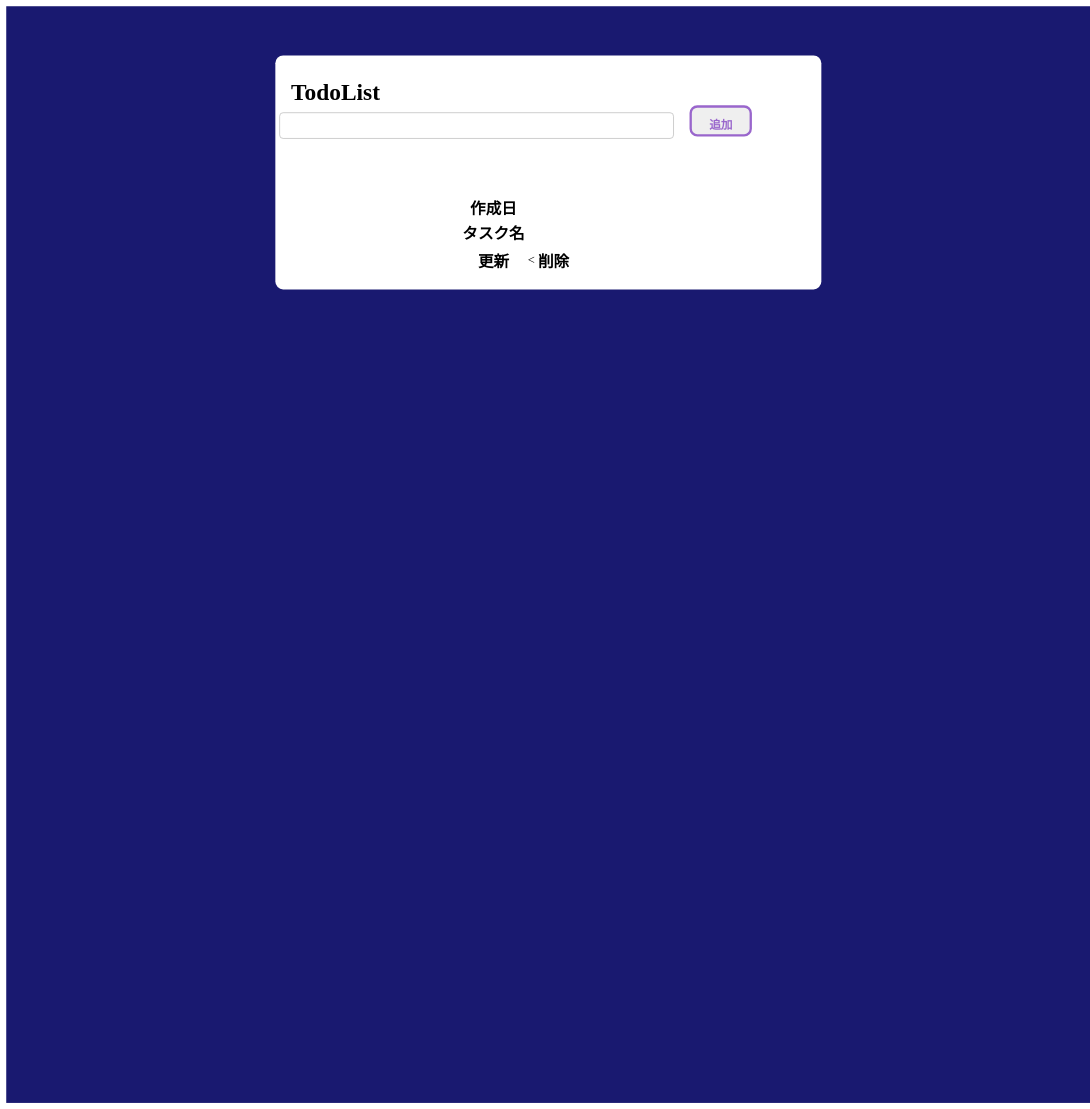
Repository: moro-ayu3/20230304_morohoshi
Page: http://localhost/
An editor plug-in stored every save of this project. The page is shown before and after the next save, followed by the edit.
The browser window is 1280 px wide. The page is 1398 px wide, so the pictures cover 1398 px, including what lies to the right of the window. The pictures show the whole page, at 78% of full size.
The page is served by the project's Laravel application, run on PHP 8.4 with Laravel 8. Other server files are loaded and not shown. Queries for data that is not in the repository find no rows.

Above is the page before, as saved 2023-03-11 12:30:59.

### routes/web.php
<?php

use Illuminate\Support\Facades\Route;
use App\Http\Controllers\TodoController;

Route::get('/', [TodoController::class, 'index']);

Route::post('/todo/create', [TodoController::class, 'store']);

Route::post('/todo/update', [TodoController::class, 'update']);

Route::post('/todo/delete', [TodoController::class, 'delete']);

### app/Http/Controllers/TodoController.php
<?php
  namespace App\Http\Controllers;
  use Illuminate\Http\Request;
  use App\Models\Todo;
  use App\Http\Requests\TodoRequest;
  class TodoController extends Controller
  {
    public function index()
     {
        $todos= Todo::all();
        return view('index',['todos'=>$todos]);
  }

    public function store(TodoRequest $request)
     {
        $todo = new Todo;
        $todo->name =$request->input('new_todo');
        $form=$request->all();
        Todo::create($form);
        unset($form['_token']);
        return redirect('/');
    }

    public function update(TodoRequest $request)
     {
       $form = $request->all();
       unset($form['_token']);
       Todo::where('id', $request->id)->update($form);
       return redirect('/');
    }

    public function delete(Request $request)
     {
       Todo::find($request->id)->delete();
       return redirect('/');
    }

  }

### app/Models/Todo.php
<?php

namespace App\Models;

use Illuminate\Database\Eloquent\Factories\HasFactory;
use Illuminate\Database\Eloquent\Model;

class Todo extends Model
{
    use HasFactory;

    protected $fillable = ['content'];
}

### resources/views/index.blade.php
<!DOCTYPE html>
<html lang="ja">

<head>
  <meta charset="UTF-8">
  <meta name="viewport" content="width=device-width, initial-scale=1.0">
  <title>実践アプリ開発入門</title>
  <style>
    .homepage {
      width: 100%;
      height: 100vw;
      padding: 5% 5%;
      background-color: #191970;
    }

    .container {
      display: flex;
      justify-content: center;
      align-items: center;
    }

    .inner {
      width: 700px;
      height: auto;
      border-radius: 10px 10px 10px 10px;
      background-color: #fff;
      margin: 0 auto;
    }

    .header-title {
      font-size: 30px;
      font-weight: bold;
      color: black;
      margin-top: 30px;
      margin-left: 20px;
    }

    .form {
      display: inline-block;
      margin: -20px -15px;
    }

    .text {
      width: 500px;
      height: 30px;
      border: solid 1px #c0c0c0;
      margin-left: 20px;
      border-radius: 5px 5px 5px 5px;
      display: inline-block;
    }

    .create-btn {
      width: 80px;
      height: 40px;
      margin-left: 20px;
      margin-right: 20px;
      border-radius: 10px 10px 10px 10px;
      border: solid 3px #9966CC;
      display: inline-block;
      font-size: 15px;
      font-weight: bold;
      color: #9966CC;
      padding:10px 20px 10px 20px;
    }

    table {
      display: flex;
      justify-content: center;
      align-items: center;
      margin-top: 30px;
      margin-bottom: 40px;
    }

    .date-1 {
      margin-left: 50px;
      font-size: 20px;
      font-weight: bold;
      color: black;
    }

    .name {
      margin-left: 80px;
      font-size: 20px;
      font-weight: bold;
      color: black;
    }

    .update {
      margin-left: 40px;
      font-size: 20px;
      font-weight: bold;
      color: black;
    }

    .delete {
      margin-left: 20px;
      margin-right: 20px;
      font-size: 20px;
      font-weight: bold;
      color: black;
    }

    .parent {
      display: flex;
      justify-content: center;
      align-items: center;
    }

    .date-2 {
      margin-left: 20px;
      font-size: 20px;
      color: black;
    }

    .input-update {
      width: 200px;
      height: 20px;
      border: solid 1px #c0c0c0;
      border-radius: 5px 5px 5px 5px;
      margin-left: 10px;
    }

    .button-update {
      width: 80px;
      height: 40px;
      border-radius: 10px 10px 10px 10px;
      border: solid 3px #ffa500;
      margin-left: 10px;
      font-size: 15px;
      font-weight: bold;
      color: #ffa500;
      padding: 10px 20px;
    }

    .button-delete {
      width: 80px;
      height: 40px;
      border-radius: 10px 10px 10px 10px;
      border: solid 3px #40e0d0;
      margin-left: 10px;
      margin-right: 20px;
      font-size: 15px;
      font-weight: bold;
      color: #40e0d0;
      padding: 10px 20px;
    }

  </style>
</head>

<body>
  <div class="homepage">
     <div class="container">
      <div class="inner">
        <header>
          <h1 class="header-title">TodoList</h1>
        </header>
        <main>
          @if (count($errors) > 0)
           <ul>
           @foreach ($errors->all() as $error)
           <li>{{$error}}</li>
           @endforeach
           </ul>
          @endif
          <div class="form">
            <form action="/todo/create" method="post">
             @csrf
             <table>
              @if ($errors->has('content'))
              <tr>
                <th>ERROR</th>
                <td>{{$errors->first('content')}}</td>
              </tr>
              @endif
              <input type="text" class="text" name="content">
              @if ($errors->has('content'))
              <tr>
                <th>ERROR</th>
                <td>{{$errors->first('content')}}</td>
              </tr>
              @endif
              <button class="create-btn">追加</button>
            </form>
          </div>

          <table>
            @csrf
            @if ($errors->has('date-1'))
              <tr>
                <th>ERROR</th>
                <td>{{$errors->first('date-1')}}</td>
              </tr>
            @endif
            <tr>
              <th class="date-1">作成日</th>
              <td><input type="hidden" name="date-1"></td>
            </tr>
            @if ($errors->has('name'))
              <tr>
                <th>ERROR</th>
                <td>{{$errors->first('name')}}</td>
              </tr>
            @endif
            <tr>
              <th class="name">タスク名</th>
              <td><input type="hidden" name="name"></td>
            </tr>
            @if ($errors->has('updated_at'))
              <tr>
                <th>ERROR</th>
                <td>{{$errors->first('updated_at')}}</td>
              </tr>
            @endif
            <tr></tr>
              <th class="update">更新</th>
              <td><input type="hidden" name="update"</td>
              <
              <th class="delete">削除</th>
            </tr>
            @foreach($todos as $todo)
            <tr>
              <td>
                {{ $todo->created_at}}
              </td>
              <div class="parent">
                <form action="/todo/update" method="post" >
                @csrf
                 <input type="hidden" value="{{$todo->id}}" name="id">
                  <td>
                    <input type="text" class="input-update" value="{{$todo->content}}" name="content" />
                  </td>
                  <td>
                    <button class="button-update">更新</button>
                  </td>
                </form>
                <td>
                  <form action="/todo/delete" method="post">
                   @csrf
                    <input type="hidden" value="{{$todo->id}}" name="id">
                      <button class="button-delete">削除</button>
                  </form>
                </td>
              </div>
            </tr>
            @endforeach
          </table>
        </main>
      </div>
     </div>
    </div>
</body>

</html>

Loaded but not shown: app/Http/Controllers/Controller.php (common file)

After the next save:
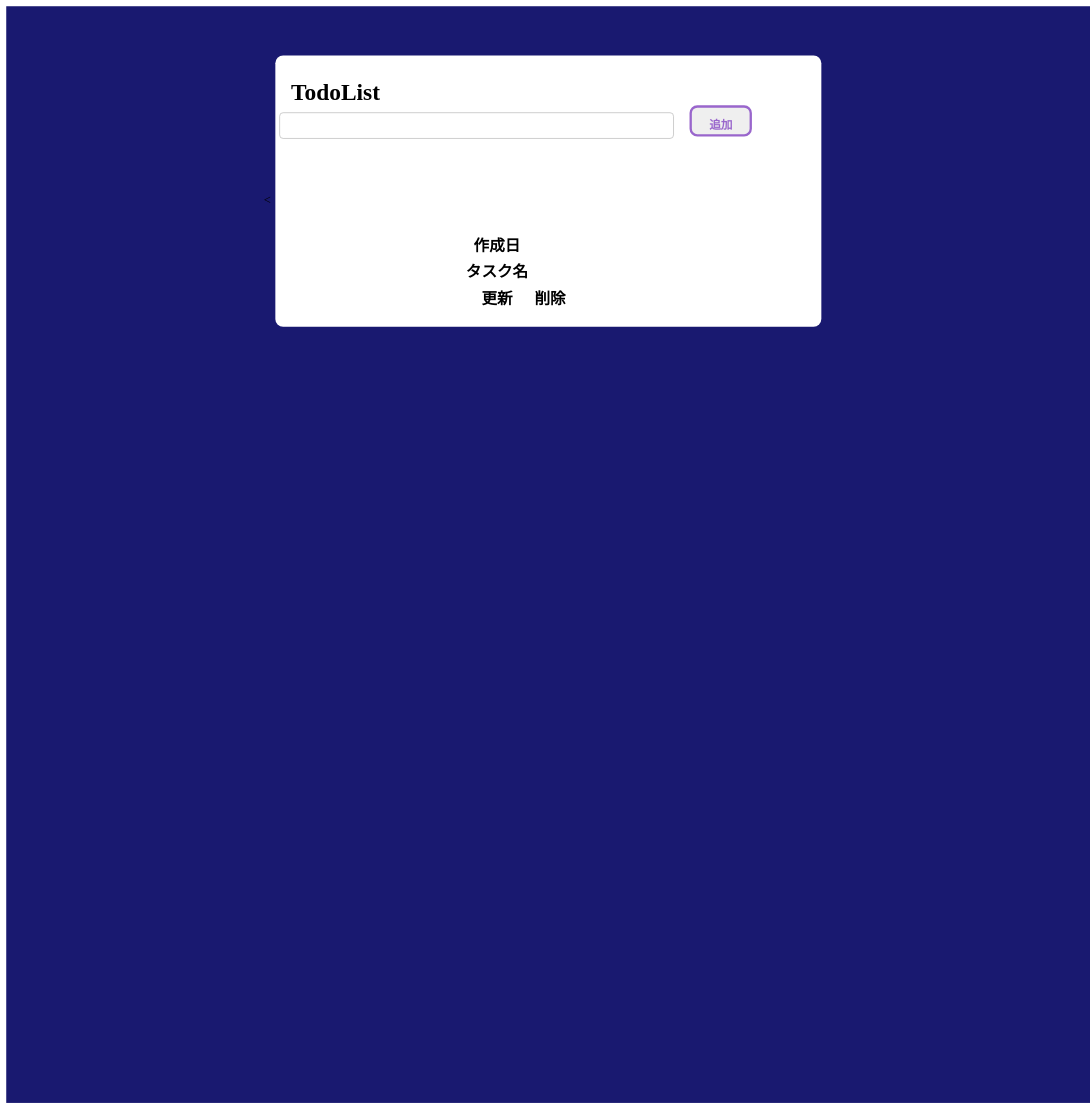
Saved 7 s later.
--- a/resources/views/index.blade.php
+++ b/resources/views/index.blade.php
@@ -214,7 +214,7 @@
             @endif
             <tr></tr>
               <th class="update">更新</th>
-              <td><input type="hidden" name="update"</td>
+              <td><input type="hidden" name="update"></td>
               <
               <th class="delete">削除</th>
             </tr>
